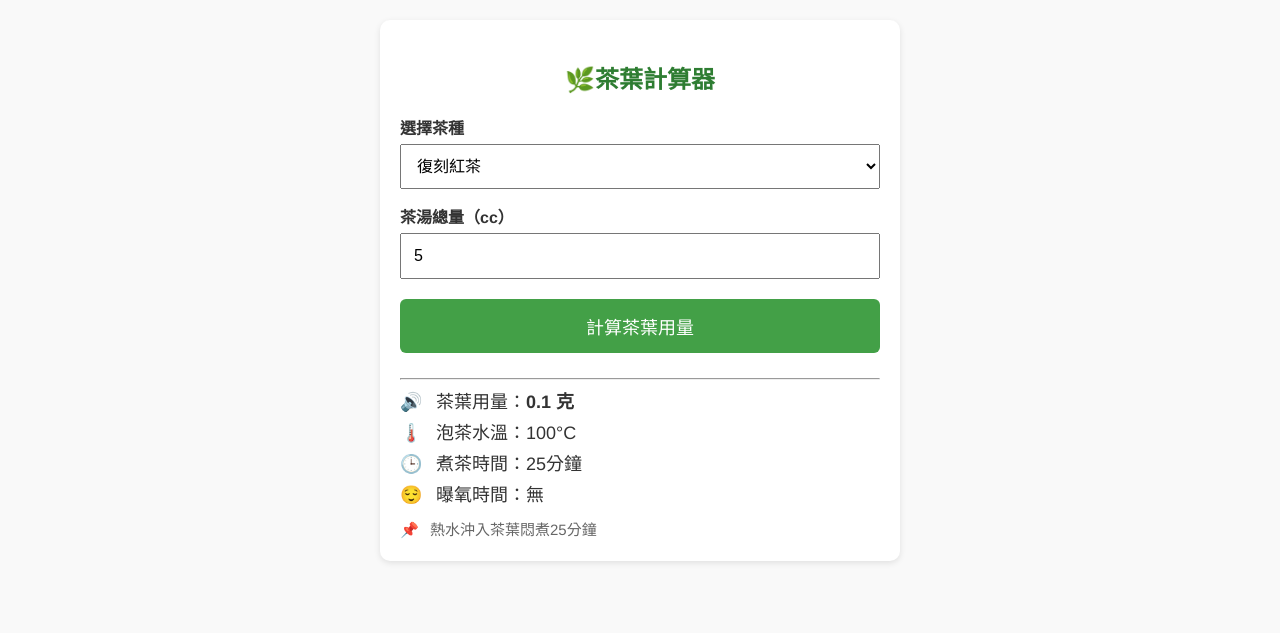
Repository: liying1106/tea-calculator
Page: 茶葉.html
These files come from the project's save history. The page is drawn as it stood at one moment and after the next save; the edit follows.
The browser window is 1280 px wide. The pictures show the whole page.
Empty fields were first filled with sample values (such as "Sample", 5 or name@example.com).
After loading, the first visible `button` was clicked once.

Above is the page before, as saved 2025-07-16 13:25:06.

After the next save:
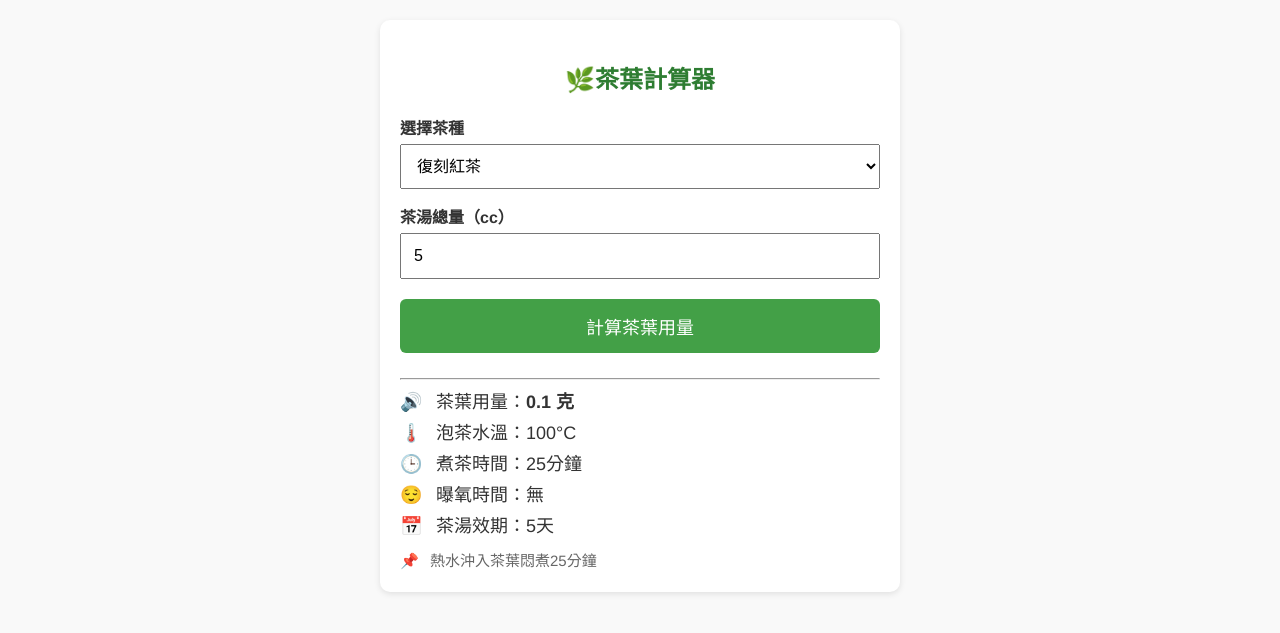
Saved 4 min 29 s later.
--- a/茶葉.html
+++ b/茶葉.html
@@ -115,6 +115,7 @@
         boilTime: "25分鐘",
         steamTime: "無",
         note: "熱水沖入茶葉悶煮25分鐘",
+        shelf: "5天"
       },
       "蜜香紅茶": {
         ratio: 50,
@@ -122,6 +123,7 @@
         boilTime: "10分鐘",
         steamTime: "無",
         note: "熱水沖入茶葉悶煮10分鐘",
+        shelf: "5小時"
       },
       "安東烏龍": {
         ratio: 50,
@@ -129,6 +131,7 @@
         boilTime: "9分鐘",
         steamTime: "無",
         note: "熱水沖入茶葉悶煮9分鐘",
+        shelf: "5小時"
       },
       "金萱茶": {
         ratio: 34,
@@ -136,6 +139,7 @@
         boilTime: "11分鐘",
         steamTime: "無",
         note: "熱水沖入茶葉悶煮11分鐘",
+        shelf: "5小時"
       },
       "綠茶": {
         ratio: 50,
@@ -143,6 +147,7 @@
         boilTime: "7分鐘",
         steamTime: "5分鐘",
         note: "熱水沖入茶葉悶煮7分鐘後再悶5分鐘",
+        shelf: "5小時"
       },
       "蕎麥茶": {
         ratio: 50,
@@ -150,20 +155,22 @@
         boilTime: "3分鐘",
         steamTime: "30分鐘",
         note: "茶葉:茶湯 = 1:50，茶湯 = 熱水:冰塊 = 3:2",
+        shelf: "6小時"
       },
       "泰式奶茶": {
         ratio: 12.5,
         temp: "熱水 100°C",
         boilTime: "5分鐘",
         steamTime: "無",
-        note: "奶精粉為茶湯量的0.18倍，煉乳為0.23倍，冷藏保存3天",
+        note: "奶精粉為茶湯量的0.18倍，煉乳為0.23倍，冷藏保存3天"
       },
       "洛神花茶": {
         ratio: 60,
         temp: "熱水 100°C",
         boilTime: "7分鐘",
         steamTime: "10分鐘",
-        note: "每3000cc茶湯加入約3顆梅子一起悶煮提升風味"
+        note: "每3000cc茶湯加入約3顆梅子一起悶煮提升風味",
+        shelf: "5天"
       }
     };
 
@@ -193,6 +200,7 @@
           <div class="row"><span class="icon">🌡️</span> 泡茶水溫：${data.temp}</div>
           <div class="row"><span class="icon">🕒</span> 煮茶時間：${data.boilTime}</div>
           <div class="row"><span class="icon">😌</span> 悶茶時間：${data.steamTime}</div>
+          <div class="row"><span class="icon">📅</span> 茶湯效期：${data.shelf}</div>
           <div class="note"><span class="icon">📌</span> ${data.note}</div>
         `;
       } else if (tea === "泰式奶茶") {
@@ -219,6 +227,7 @@
           <div class="row"><span class="icon">🌡️</span> 泡茶水溫：${data.temp}</div>
           <div class="row"><span class="icon">🕒</span> 煮茶時間：${data.boilTime}</div>
           <div class="row"><span class="icon">😌</span> 悶茶時間：${data.steamTime}</div>
+          <div class="row"><span class="icon">📅</span> 茶湯效期：${data.shelf}</div>
           <div class="note"><span class="icon">📌</span> ${data.note}</div>
         `;
       } else {
@@ -229,6 +238,7 @@
           <div class="row"><span class="icon">🌡️</span> 泡茶水溫：${data.temp}</div>
           <div class="row"><span class="icon">🕒</span> 煮茶時間：${data.boilTime}</div>
           <div class="row"><span class="icon">😌</span> 曝氧時間：${data.steamTime}</div>
+          <div class="row"><span class="icon">📅</span> 茶湯效期：${data.shelf}</div>
           <div class="note"><span class="icon">📌</span> ${data.note}</div>
         `;
       }
